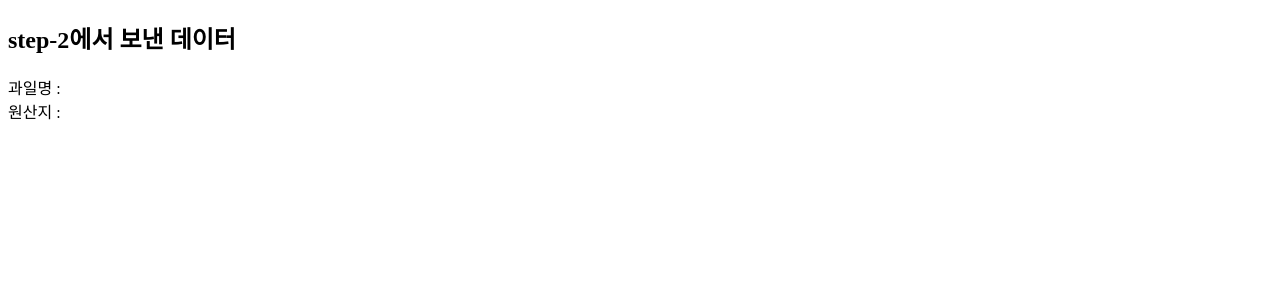
Repository: havanara/240411_JSTL_Project
Page: http://localhost/jstl_study/step-3.jsp
The author's editor kept a copy of each file at every save. The page is drawn from the files as they stood at one save, then again after the next save.
The browser window is 1280 px wide. The pictures show the whole page.
The page is served by Tomcat 9.

Above is the page before, as saved 2024-04-11 03:03:27.

After the next save:
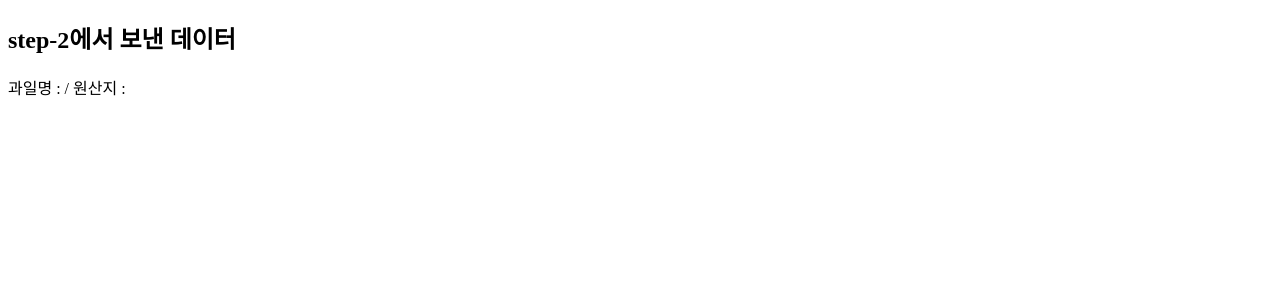
Saved 15 s later.
--- a/jstl_study/src/main/webapp/step-3.jsp
+++ b/jstl_study/src/main/webapp/step-3.jsp
@@ -8,7 +8,6 @@
 </head>
 <body>
 	<h2>step-2에서 보낸 데이터</h2>
-	과일명 : ${param.name } <br>
-	원산지 : ${param.address } <br>
+	과일명 : ${param.name } / 원산지 : ${param.address } <br>
 </body>
 </html>
